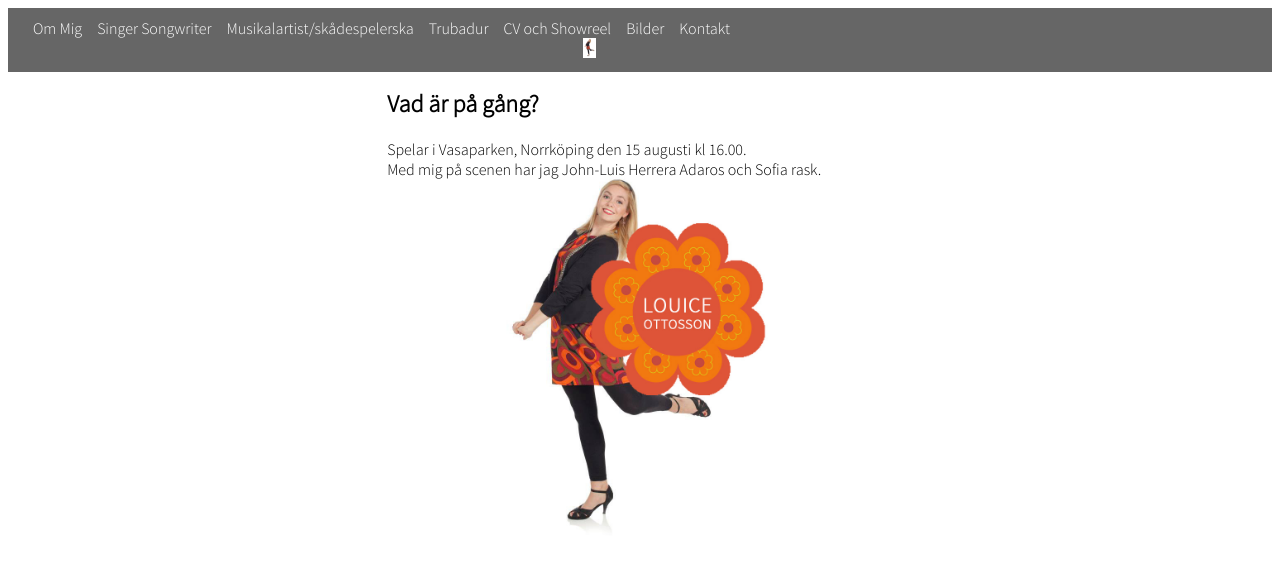
Repository: MarkusGirdland/LouiceOttosson
Page: index.html
The author's editor kept a record of every edit. The page is drawn from the files as they stood at one moment, then again after the next edit.
The browser window is 1280 px wide. The pictures show the whole page.

Above is the page before.

After the next edit:
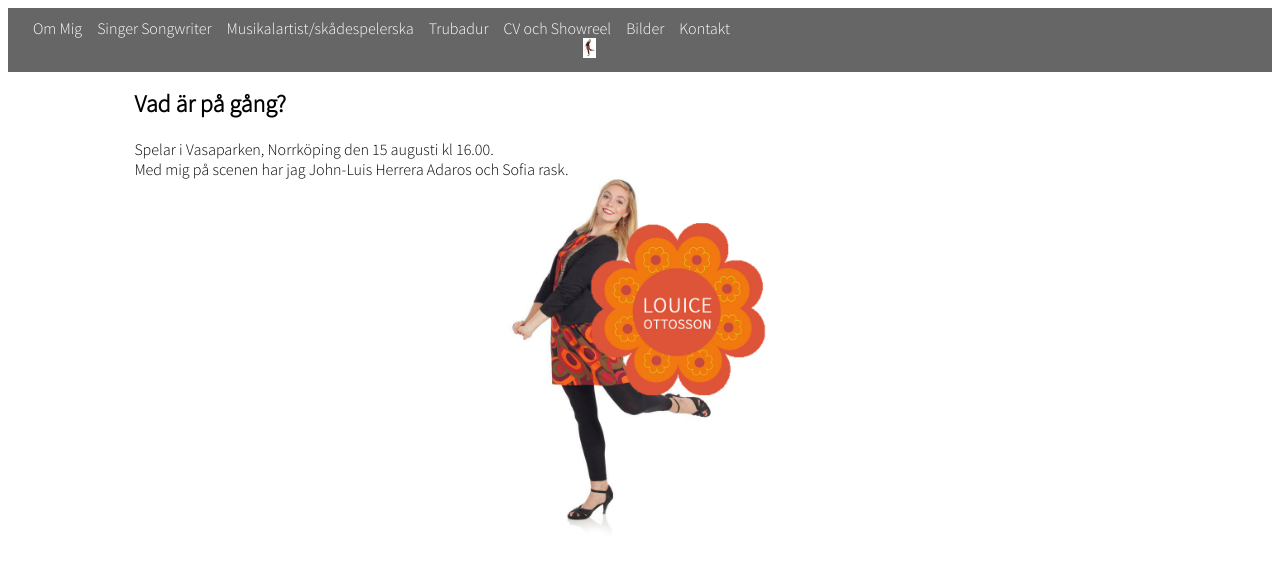
The edit:
--- a/css/basic.css
+++ b/css/basic.css
@@ -108,7 +108,7 @@
 }
 
 .indexText {
-    margin-left: 30%;
+    margin-left: 10%;
     font-family: "SourceSansLight";
 }
 
